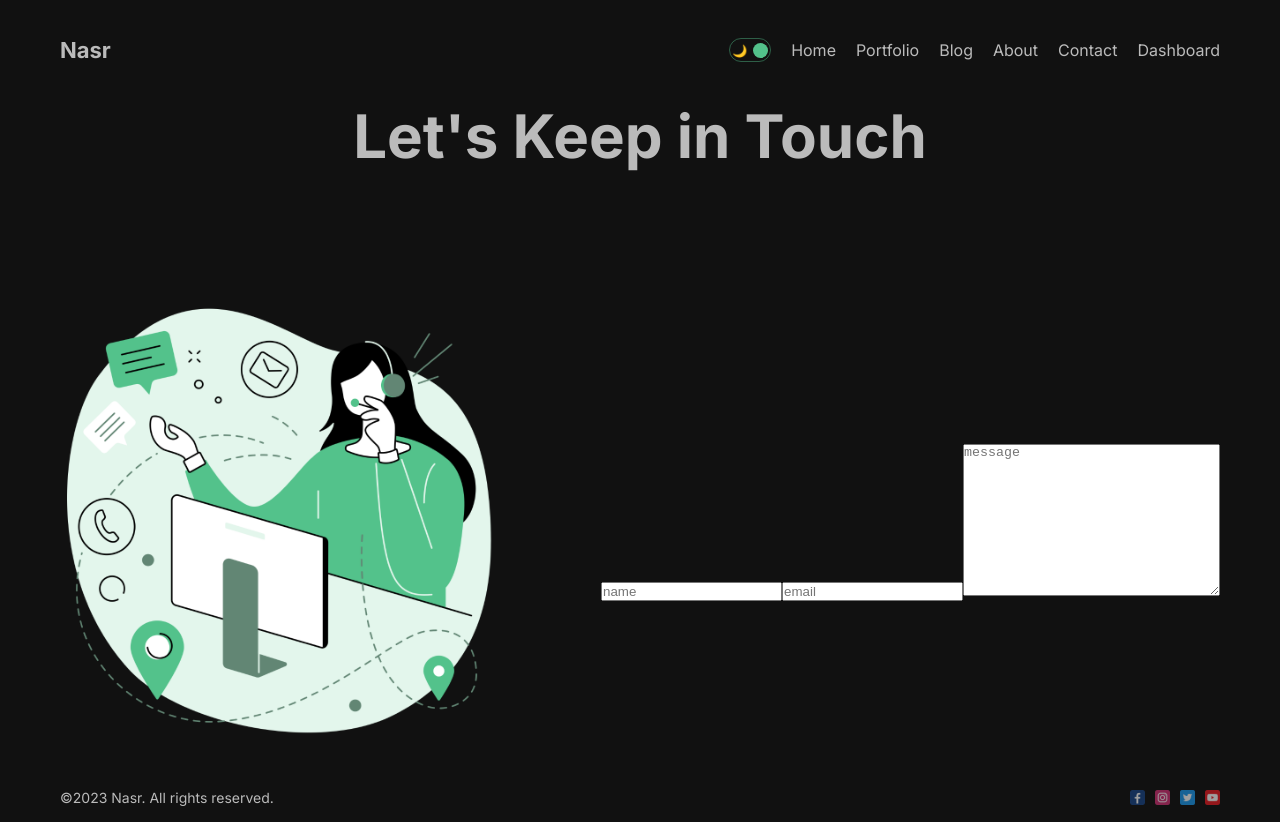
Repository: MoNasr2022/Nast-Blog
Page: /contact
The author's editor kept a copy of each file at every save. The page is drawn from the files as they stood at one save, then again after the next save.
The browser window is 1280 px wide. The pictures show the whole page.
The page's requests for data from a server got no answer. The project was rebuilt for these pictures with package versions that can differ from the ones it lists, and the page was loaded fresh each time. The framework's server and built-in components were replaced by stand-ins that run in the browser. No one was signed in, and anything a server would have sent is missing. Also part of the build but not shown: next.config.js, src/components/Button/button.module.css, src/components/Button/Button.jsx.

Above is the page before, as saved 2023-06-15 13:59:42.

After the next save:
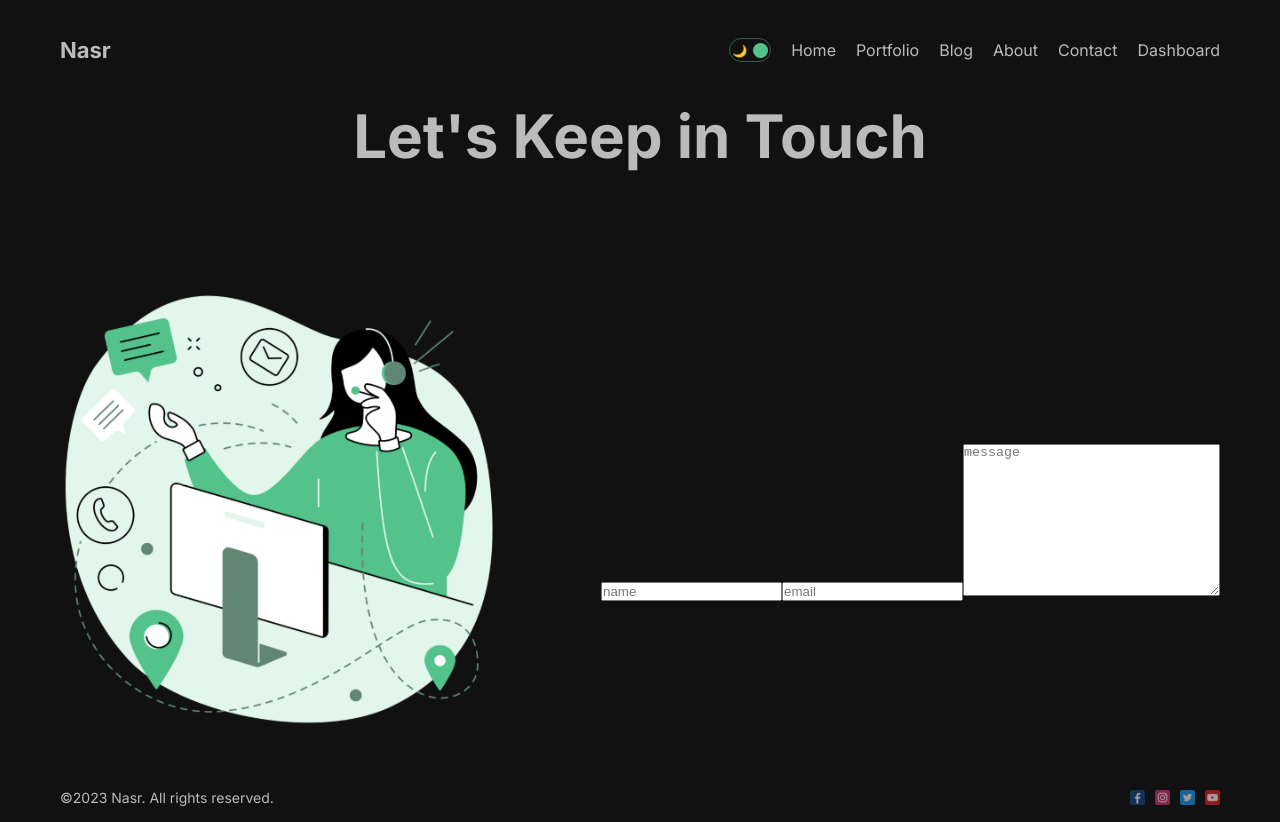
Saved 11 s later.
--- a/src/app/contact/page.module.css
+++ b/src/app/contact/page.module.css
@@ -75,3 +75,11 @@
   object-fit: contain;
   animation: move 3s infinite ease alternate;
 }
+@keyframes move {
+  from {
+    transform: translateY(-15px);
+  }
+  to {
+    transform: translateY(0px) scale(1.03);
+  }
+}
